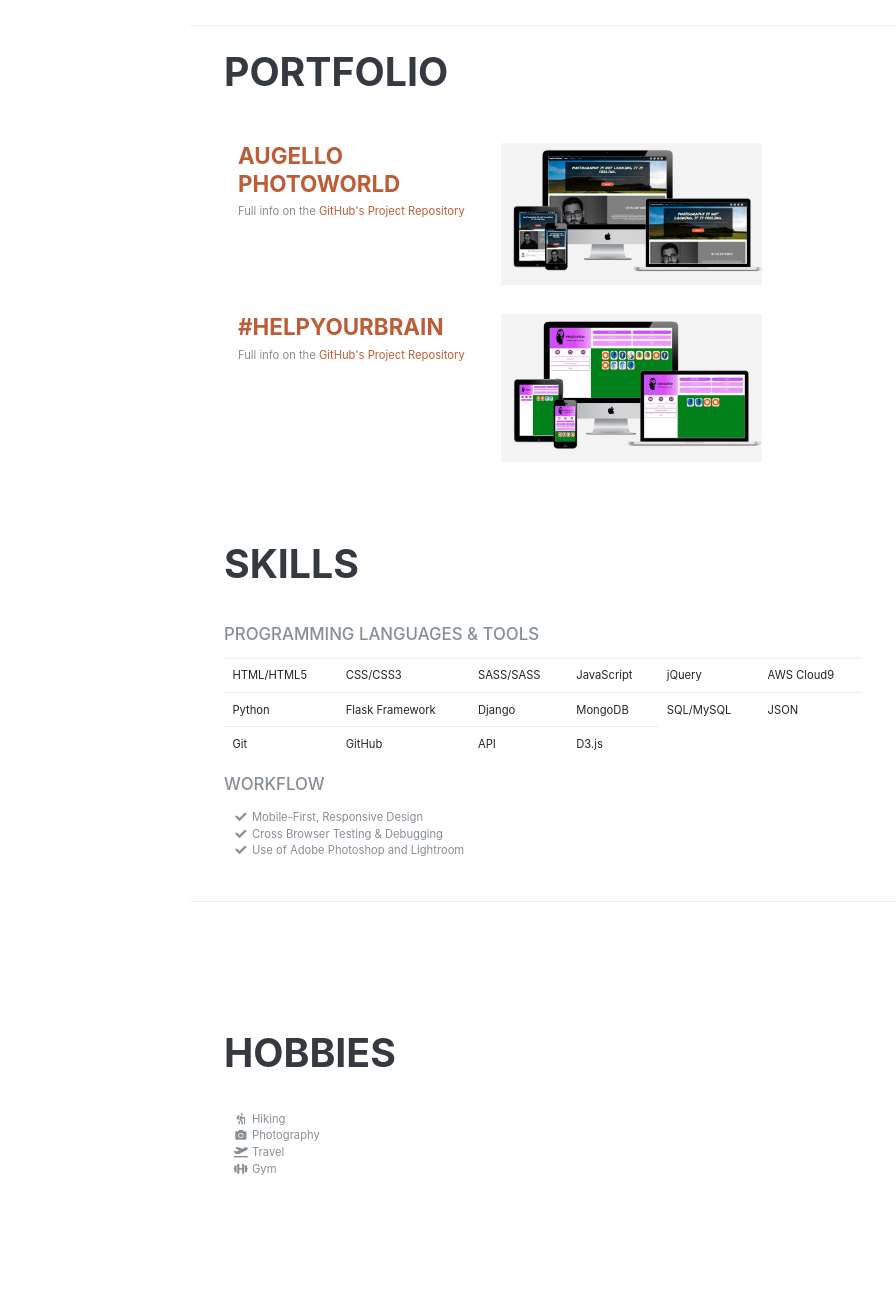
Repository: gello94/antonio_augello_online_Resume
Page: http://localhost/
The author's editor kept a record of every edit. The page is drawn from the files as they stood at one moment, then again after the next edit.
The browser window is 1280 px wide. The pictures show the part of the page from y = 2301 to 4221 px (the page is 4166 px tall before and 4221 px after), at 70% of full size.
Some web fonts or font styles are not loaded; a fallback is used. The page is served by the project's application, run on Flask 3 (run.py). Other server files are loaded and not shown.

Above is the page before.

### templates/index.html
<!DOCTYPE html>
<html lang="en">

<head>

  <meta charset="utf-8">
  <meta name="viewport" content="width=device-width, initial-scale=1, shrink-to-fit=no">
  <meta name="description" content="">
  <meta name="author" content="">

  <title>Resume - Start Bootstrap Theme</title>

  <!-- Bootstrap core CSS -->
  <link href="{{ url_for('static', filename='vendor/bootstrap/css/bootstrap.min.css')}}" rel="stylesheet">

  <!-- Custom fonts for this template -->
  <link href="https://fonts.googleapis.com/css?family=Saira+Extra+Condensed:500,700" rel="stylesheet">
  <link href="https://fonts.googleapis.com/css?family=Muli:400,400i,800,800i" rel="stylesheet">
  <link href="{{ url_for('static', filename='vendor/fontawesome-free/css/all.min.css')}}" rel="stylesheet">

  <!-- Custom styles for this template -->
  <link href="{{ url_for('static', filename='css/resume.min.css')}}" rel="stylesheet">
  <link href="{{ url_for('static', filename='css/main.css')}}" rel="stylesheet">

</head>

<body id="page-top">

  <nav class="navbar navbar-expand-lg navbar-dark bg-primary fixed-top" id="sideNav">
    <a class="navbar-brand js-scroll-trigger" href="#page-top">
      <span class="d-block d-lg-none">Antonio Augello</span>
      <span class="d-none d-lg-block">
        <img class="img-fluid img-profile rounded-circle mx-auto mb-2" src="static/img/img_profile.jpg" alt="Profile Image">
      </span>
    </a>
    <button class="navbar-toggler" type="button" data-toggle="collapse" data-target="#navbarSupportedContent" aria-controls="navbarSupportedContent" aria-expanded="false" aria-label="Toggle navigation">
      <span class="navbar-toggler-icon"></span>
    </button>
    <div class="collapse navbar-collapse" id="navbarSupportedContent">
      <ul class="navbar-nav">
        <li class="nav-item">
          <a class="nav-link js-scroll-trigger" href="#about">About</a>
        </li>

        <li class="nav-item">
          <a class="nav-link js-scroll-trigger" href="#education">Education</a>
        </li>
        <li class="nav-item">
          <a class="nav-link js-scroll-trigger" href="#experience">Experience</a>
        </li>
        <li class="nav-item">
          <a class="nav-link js-scroll-trigger" href="#skills">Skills</a>
        </li>
        <li class="nav-item">
          <a class="nav-link js-scroll-trigger" href="#interests">Interests</a>
        </li>
      </ul>
    </div>
  </nav>

  <div class="container-fluid p-0">

    <!-- Header -->
    <section class="resume-section p-3 p-lg-5 d-flex align-items-center" id="about">
      <div class="w-100">
        <h1 class="mb-0">Antonio
          <span class="text-primary">Augello</span>
        </h1>
        <div class="subheading mb-5">62 Fisherman's Quay, Grove Island, Co. Limerick · (+353) 85285293 ·
          <a href="mailto:name@email.com">toni.gello94@gmail.com</a>
        </div>
        <p class="lead mb-5">Working as a Nurse, currently studying at Code Institute to be a Full Stack Software Web Developer, passionate about Web Software Development and UX/UI. Photographer as hobbyist with Knowledge of Adobe Photoshop and Adobe Lightroom. My actual
          goal is to be a Full Stack Wed Developer following my passion that i grow since I was a kid</p>
        <div class="social-icons">
          <a href="https://www.linkedin.com/in/antonio-augello-aba83911a/">
            <i class="fab fa-linkedin-in"></i>
          </a>
          <a href="https://github.com/gello94">
            <i class="fab fa-github"></i>
          </a>
        </div>
      </div>
    </section>
    <!-- /Header -->

    <hr class="m-0">

    <!-- Education Section -->
    <section class="resume-section p-3 p-lg-5 d-flex align-items-center" id="education">
      <div class="w-100">
        <h2 class="mb-5">Education</h2>

        <div class="resume-item d-flex flex-column flex-md-row justify-content-between mb-5">
          <div class="resume-content">
            <h3 class="mb-0">Code Institute</h3>
            <div class="subheading mb-3">Full Stack Diploma in Software Development</div>
            <div>Modules: </div>
            <p>HTML Fundamentals ~ CSS Fundamentals~ JavaScript Fundamentals ~ Python Fundamentals ~Practical Python ~User Centric Frontend Development~ Interactive Centric Frontend Development </p>
          </div>
          <div class="resume-date text-md-right">
            <span class="text-primary">August 2018 - Present</span>
          </div>
        </div>

        <div class="resume-item d-flex flex-column flex-md-row justify-content-between">
          <div class="resume-content">
            <h3 class="mb-0">University of Studies "G. D'Annunzio" of Chieti</h3>
            <div class="subheading mb-3">Nursing Degree </div>
          </div>
          <div class="resume-date text-md-right">
            <span class="text-primary">September 2013 - July 2016</span>
          </div>
        </div>
      </div>
    </section>
    <!-- /Education Section -->

    <hr class="m-0">

    <!-- Experience Section -->
    <section class="resume-section p-3 p-lg-5 d-flex justify-content-center" id="experience">
      <div class="w-100">
        <h2 class="mb-5">Experience</h2>

        <div class="resume-item d-flex flex-column flex-md-row justify-content-between mb-5">
          <div class="resume-content">
            <h3 class="mb-0">HDU Staff Nurse </h3>
            <div class="subheading mb-3">High Dependency Unit - University Hospital Limerick </div>
            <div>Main Role and Responsibilities: </div>
            <ul>
              <li>Maintain the prepared standard protocol of asepsis strictly.</li>
              <li>Check all electrical points, pipe line 02, in built suckers for proper working condition. </li>
              <li>Communicate with concerned person for proper maintenance of unit. </li>
              <li>Prepare the drugs, crash trolley, etc. properly. </li>
              <li>Check Oxygen, Carbon dioxide, Nitrous Oxide etc. for proper use. </li>
              <li>Check monitor, ventilator, all life saving gadgets for proper working condition. </li>
              <li>Provide special care to the patient guided by the Medical Officer e.g. endo-trachial suction. </li>
            </ul>

          </div>
          <div class="resume-date text-md-right">
            <span class="text-primary">June 2017 - January 2019</span>
          </div>
        </div>

        <div class="resume-item d-flex flex-column flex-md-row justify-content-between mb-5">
          <div class="resume-content">
            <h3 class="mb-0">Orthopedic Staff Nurse </h3>
            <div class="subheading mb-3">Croom Hospital - University Hospital Limerick </div>
            <div>Main Role and Responsibilities: </div>
            <ul>
              <li>Manage post operative pain and surgical site.</li>
              <li>Assess patient's condition and monitor post-surgical recover. </li>
              <li>Implement post-surgical treatment plan and provide detailed report to medical/ nurse for patient transfer/admission. </li>
              <li>Identify/Initiate emergent situations and procedures. </li>
              <li>Provide patient care according to the hospital processes, policies and procedures. </li>
              <li> Recognize clinical abnormalities then communicated with anesthesiologist in reference to diagnosing and treating of clinical problems. </li>
              <li> Ensure care provided is in accordance with standards established by the HSE, NMBI, HIQA, and other regulatory agencies. </li>
              <li>Provide acute care for post-operative patients recovering from anesthesia in POCU.</li>
              <li>Educate and support patient and family on care of patient.</li>
            </ul>

          </div>
          <div class="resume-date text-md-right">
            <span class="text-primary">January 2019 - Present</span>
          </div>
        </div>

      </div>

    </section>
    <!-- /Experience Section -->

    <hr class="m-0">

    <!-- Portfolio Section -->
    <section class="resume-section p-3 p-lg-5 d-flex align-items-center" id="skills">
      <div class="w-100">
        <h2 class="mb-5">Portfolio</h2>

        <!-- Portfolio Grid Items -->
        <div class="row">

          <!--Portfolio 1-->
          <div class="portfolio-section">
            <div class="col-12">
              <div class="row">
                <div class="col-xs-12 col-md-5">
                  <div class="portfolio-head">
                    <h3><a href="https://gello94.github.io/first-milestone-antonio/" target="_blank">Augello PhotoWorld</a></h3>
                  </div>
                  <div class="info_project">
                    <p>Full info on the <a href="https://github.com/gello94/first-milestone-antonio">GitHub's Project Repository</a></p>
                  </div>
                </div>
                <div class="col-xs-12 col-md-7">
                  <div class="Portfolio-body">
                    <img class="img-fluid img_portfolio" src="static/img/project1.jpg" alt="Project 1">
                  </div>
                </div>
              </div>
            </div>
          </div>

          <hr class="m-0">

          <!--Portfolio 2-->
          <div class="portfolio-section">
            <div class="col-12">
              <div class="row">
                <div class="col-xs-12 col-md-5">
                  <div class="portfolio-head">
                    <h3><a href="https://gello94.github.io/second-milestone-antonio/" target="_blank">#HELPYOURBRAIN</a></h3>
                  </div>
                  <div class="info_project">
                    <p>Full info on the <a href="https://github.com/gello94/second-milestone-antonio">GitHub's Project Repository</a></p>

                  </div>
                </div>
                <div class="col-xs-12 col-md-7">
                  <div class="Portfolio-body">
                    <img class="img-fluid img_portfolio" src="static/img/project2.jpg" alt="Project 1">
                  </div>
                </div>
              </div>

            </div>
          </div>

          <!-- /.row -->

        </div>
    </section>


    <!-- Skills Section -->
    <section class="resume-section p-3 p-lg-5 d-flex align-items-center" id="skills">
      <div class="w-100">
        <h2 class="mb-5">Skills</h2>

        <div class="subheading mb-3">Programming Languages &amp; Tools</div>
        <table class="table">
          <thead>

          </thead>
          <tbody>
            <tr>
              <td>HTML/HTML5</td>
              <td>CSS/CSS3</td>
              <td>SASS/SASS</td>
              <td>JavaScript</td>
              <td>jQuery</td>
              <td>AWS Cloud9</td>
            </tr>
            <tr>
              <td>Python</td>
              <td>Flask Framework</td>
              <td>Django</td>
              <td>MongoDB</td>
              <td>SQL/MySQL</td>
              <td>JSON</td>
            </tr>
            <tr>
              <td>Git</td>
              <td>GitHub</td>
              <td>API</td>
              <td>D3.js</td>
            </tr>
          </tbody>
        </table>
        </ul>

        <div class="subheading mb-3">Workflow</div>
        <ul class="fa-ul mb-0">
          <li>
            <i class="fa-li fa fa-check"></i> Mobile-First, Responsive Design</li>
          <li>
            <i class="fa-li fa fa-check"></i> Cross Browser Testing &amp; Debugging</li>
          <li>
            <i class="fa-li fa fa-check"></i> Use of Adobe Photoshop and Lightroom</li>
        </ul>
      </div>

    </section>

    <hr class="m-0">

    <!-- Hobbies Section -->
    <section class="resume-section p-3 p-lg-5 d-flex align-items-center" id="interests">
      <div class="w-100">
        <h2 class="mb-5">Hobbies</h2>
        <div class="subheading mb-3"></div>
        <ul class="fa-ul mb-0">
          <li>
            <i class="fa-li fa fa-hiking"></i> Hiking
          </li>
          <li>
            <i class="fa-li fa fa-camera"></i> Photography
          </li>
          <li>
            <i class="fa-li fa fa-plane-departure"></i> Travel
          </li>
          <li>
            <i class="fa-li fa fa-dumbbell"></i> Gym </li>
        </ul>
      </div>
    </section>
    <!-- /Hobbies Section -->

    </div>

    <!-- Bootstrap core JavaScript -->
    <script src="{{ url_for('static', filename='vendor/jquery/jquery.min.js')}}"></script>
    <script src="{{ url_for('static', filename='vendor/bootstrap/js/bootstrap.bundle.min.js')}}"></script>

    <!-- Plugin JavaScript -->
    <script src="{{ url_for('static', filename='vendor/jquery-easing/jquery.easing.min.js')}}"></script>

    <!-- Custom scripts for this template -->
    <script src="{{ url_for('static', filename='js/resume.min.js')}}"></script>

</body>

</html>

### run.py
import os
from flask import Flask, render_template

app = Flask(__name__)
app.secret_key = "some_secret"

@app.route('/')
def index():
    return render_template("index.html")


if __name__ == '__main__':
    app.run(host=os.environ.get('IP'),
            port=int(os.environ.get("PORT")),
            debug=True)

### static/css/main.css
#sideNav .navbar-brand .img-profile {
    border: 0px;
}

#sideNav .navbar-brand .img-profile:hover:active {

    -ms-transform: scale(1.5, 1.5);
    /* IE 9 */
    -webkit-transform: scale(1.5, 1.5);
    /* Safari 3-8 */
    transform: scale(1.5, 1.5);
    margin-bottom: 15px;
}

@media (min-width: 992px) {
    #sideNav .navbar-brand {

        padding-bottom: 1.5rem;
    }
}

.d-block .d-lg-none {
    padding-bottom: 15px;
}

.bg-primary {
    background-color: #ea5914!important;
}

.text-primary {
    color: #ea5914!important;
}

@media (min-width: 768px) {
    section.resume-section {
        min-height: 80vh!important;
    }
}

@media (min-width: 992px) {
    section.resume-section {
        padding-top: 2rem!important;
        padding-bottom: 2rem!important;
    }
}

.img_portfolio {
  height: auto;
  max-height: 85%;
  width: auto;
  max-width: 75%;
}

.portfolio-section {
    padding: 20px;
}

Loaded but not shown: static/css/resume.min.css (library); static/js/resume.min.js (common file)

After the next edit:
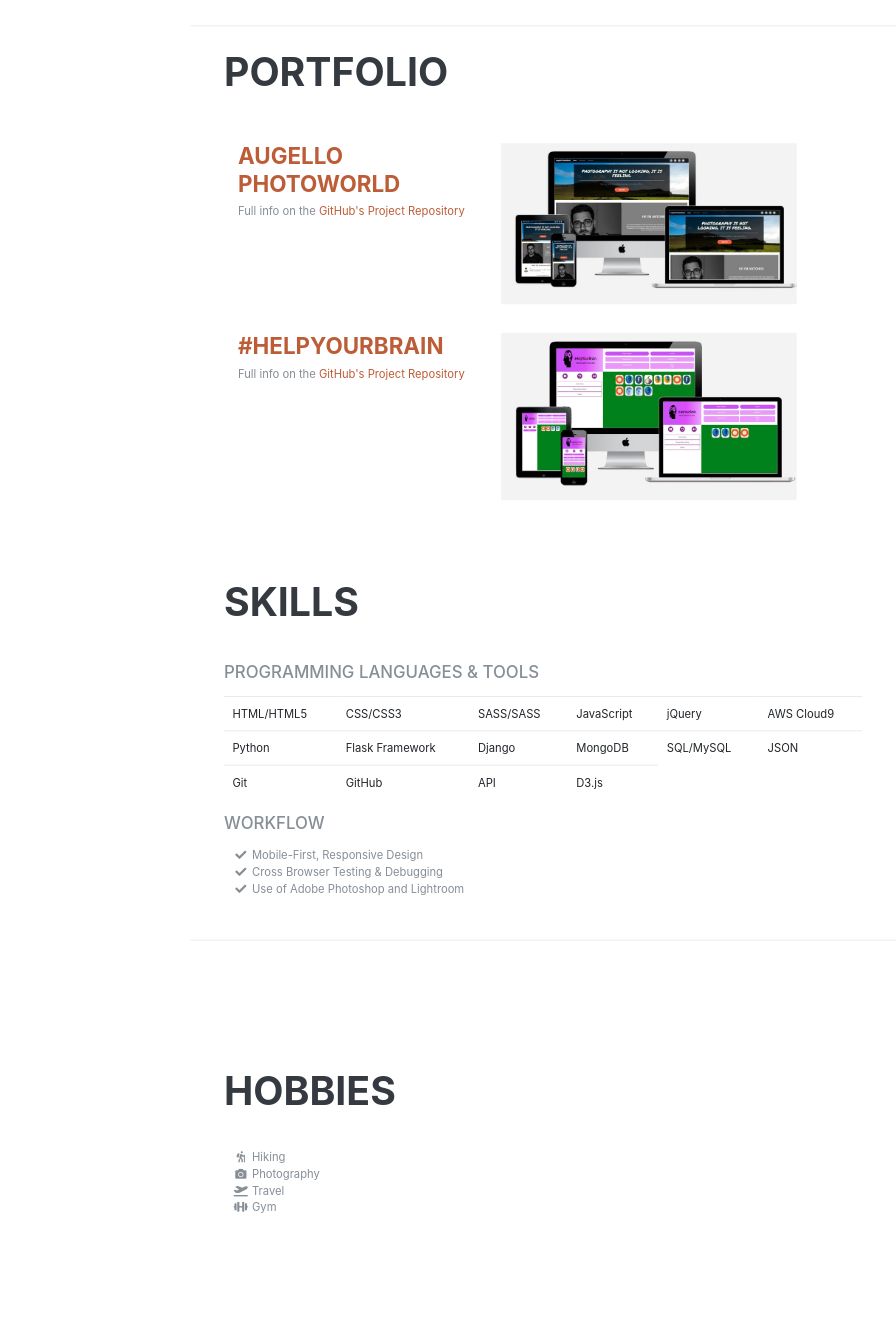
The edit:
--- a/static/css/main.css
+++ b/static/css/main.css
@@ -48,7 +48,7 @@
   height: auto;
   max-height: 85%;
   width: auto;
-  max-width: 75%;
+  max-width: 85%;
 }
 
 .portfolio-section {
